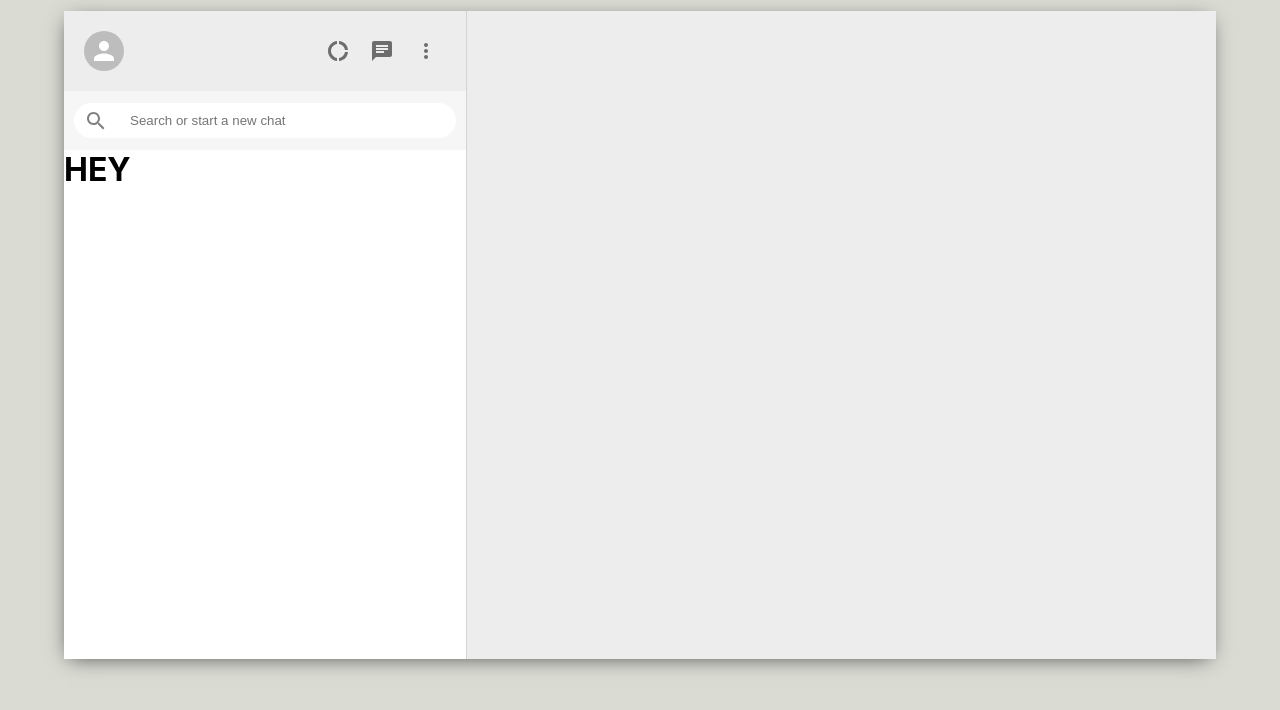
Repository: Aaronlb912/Whatsapp-clone
Page: /
An editor plug-in stored every save of this project. The page is shown before and after a run of saves, followed by the edit.
The browser window is 1280 px wide. The pictures show the whole page.
The project was rebuilt for these pictures with package versions that can differ from the ones it lists, and the page was loaded fresh each time. Also part of the build but not shown: src/SidebarChat.css.

Above is the page before, as saved 2022-03-15 14:07:12.

After the next 3 saves:
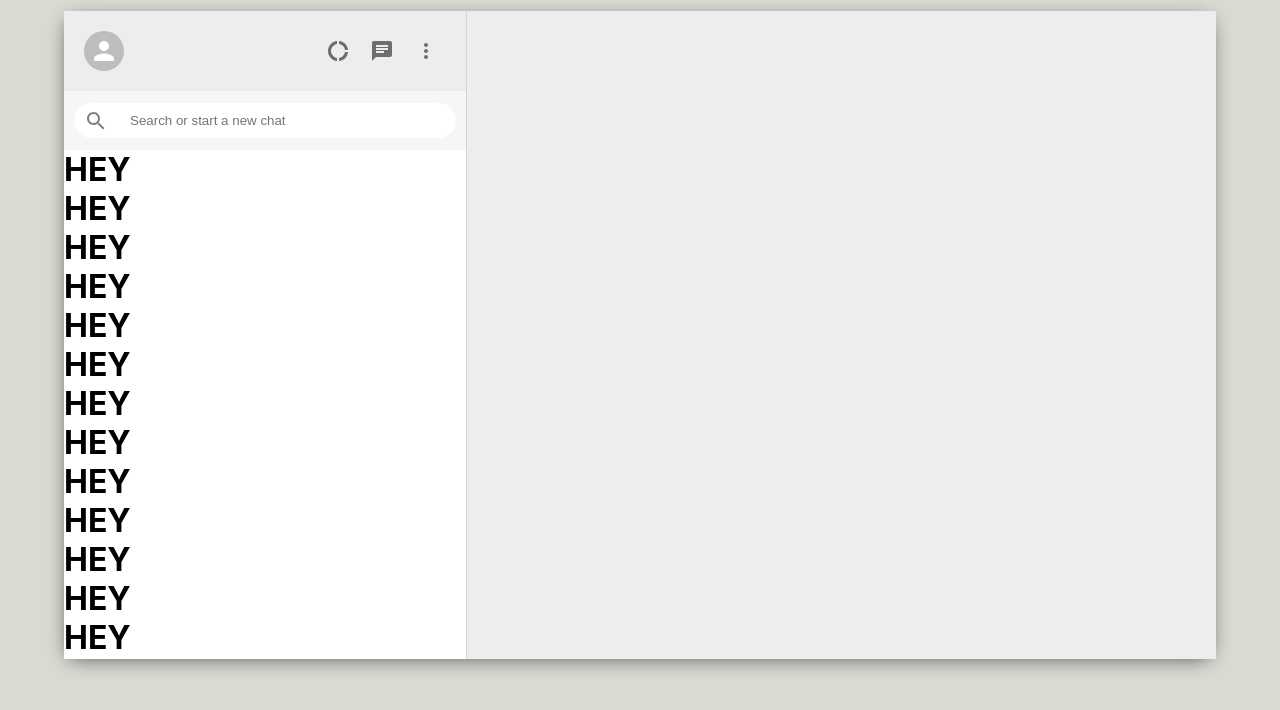
The 3 saves are shown as one change because they came seconds apart.
The last was saved 19 s later.
--- a/src/Sidebar.jsx
+++ b/src/Sidebar.jsx
@@ -35,6 +35,26 @@
       </div>
       <div className="sidebar__chats">
         <SidebarChat />
+        <SidebarChat />
+        <SidebarChat />
+        <SidebarChat />
+        <SidebarChat />
+        <SidebarChat />
+        <SidebarChat />
+        <SidebarChat />
+        <SidebarChat />
+        <SidebarChat />
+        <SidebarChat />
+        <SidebarChat />
+        <SidebarChat />
+        <SidebarChat />
+        <SidebarChat />
+        <SidebarChat />
+        <SidebarChat />
+        <SidebarChat />
+        <SidebarChat />
+        <SidebarChat />
+        <SidebarChat />
       </div>
     </div>
   );

After the save that followed:
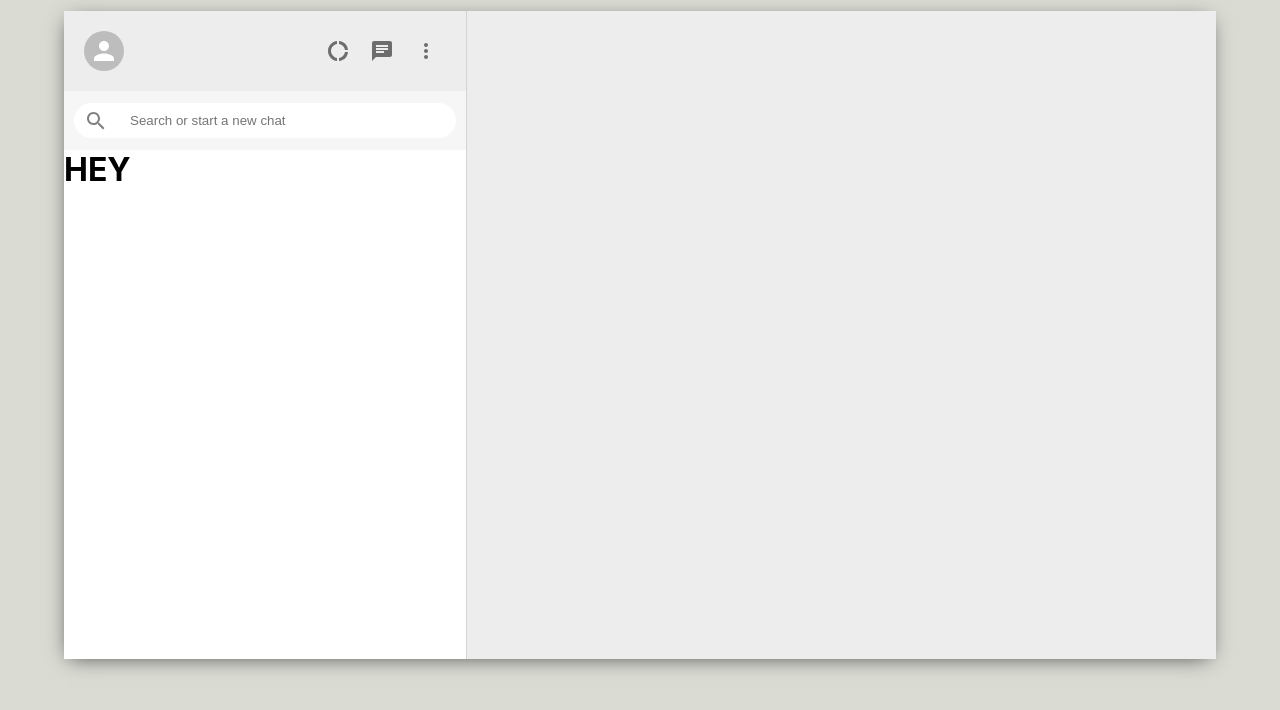
Saved 11 s later.
--- a/src/Sidebar.jsx
+++ b/src/Sidebar.jsx
@@ -35,26 +35,6 @@
       </div>
       <div className="sidebar__chats">
         <SidebarChat />
-        <SidebarChat />
-        <SidebarChat />
-        <SidebarChat />
-        <SidebarChat />
-        <SidebarChat />
-        <SidebarChat />
-        <SidebarChat />
-        <SidebarChat />
-        <SidebarChat />
-        <SidebarChat />
-        <SidebarChat />
-        <SidebarChat />
-        <SidebarChat />
-        <SidebarChat />
-        <SidebarChat />
-        <SidebarChat />
-        <SidebarChat />
-        <SidebarChat />
-        <SidebarChat />
-        <SidebarChat />
       </div>
     </div>
   );
